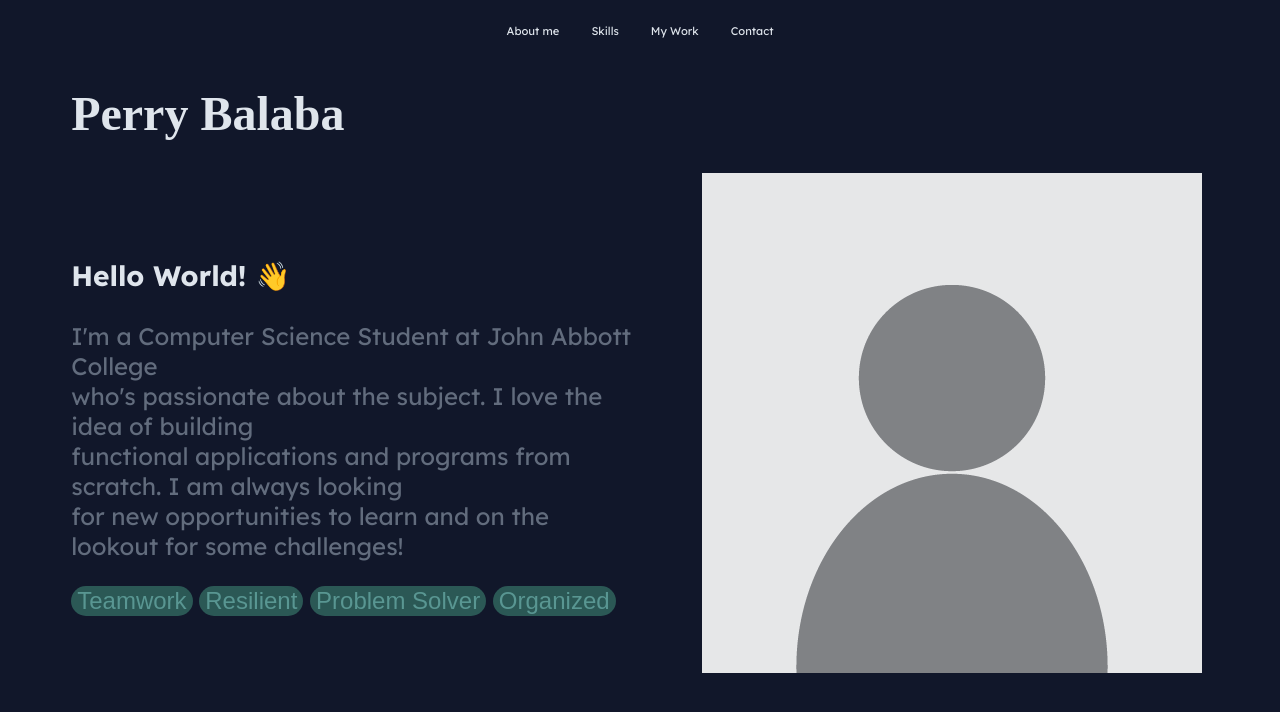
Repository: perrybalaba/perrybalaba
Page: index.html
The author's editor kept a copy of each file at every save. The page is drawn from the files as they stood at one save, then again after the next save.
The browser window is 1280 px wide. The pictures show the whole page.
Some web fonts or font styles are not loaded; a fallback is used.

Above is the page before, as saved 2026-04-24 18:35:56.

After the next save:
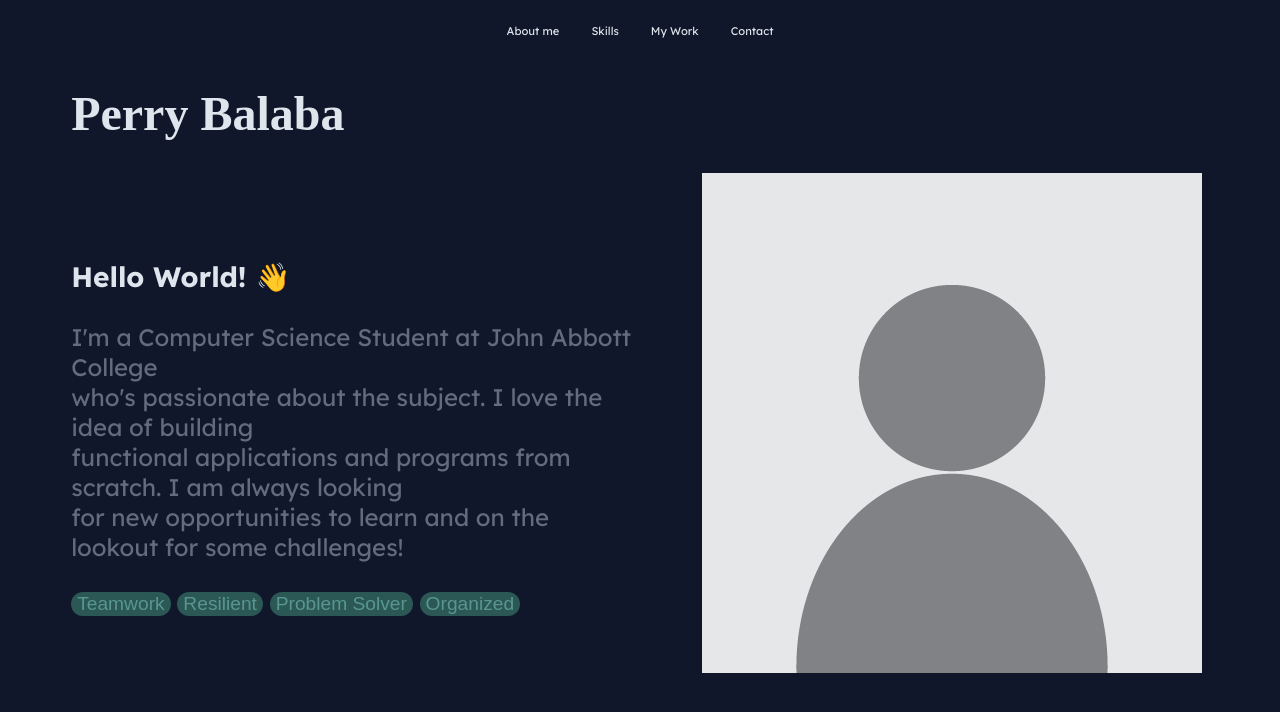
Saved 8 s later.
--- a/styles/index.css
+++ b/styles/index.css
@@ -61,7 +61,7 @@ nav ul li a:hover {
     transition-duration: 0.2s;
     max-width: 100%;
     height: 100%;
-    font-size: 1.5rem;
+    font-size: 1.2rem;
     border: none;
     outline: none;
 }
